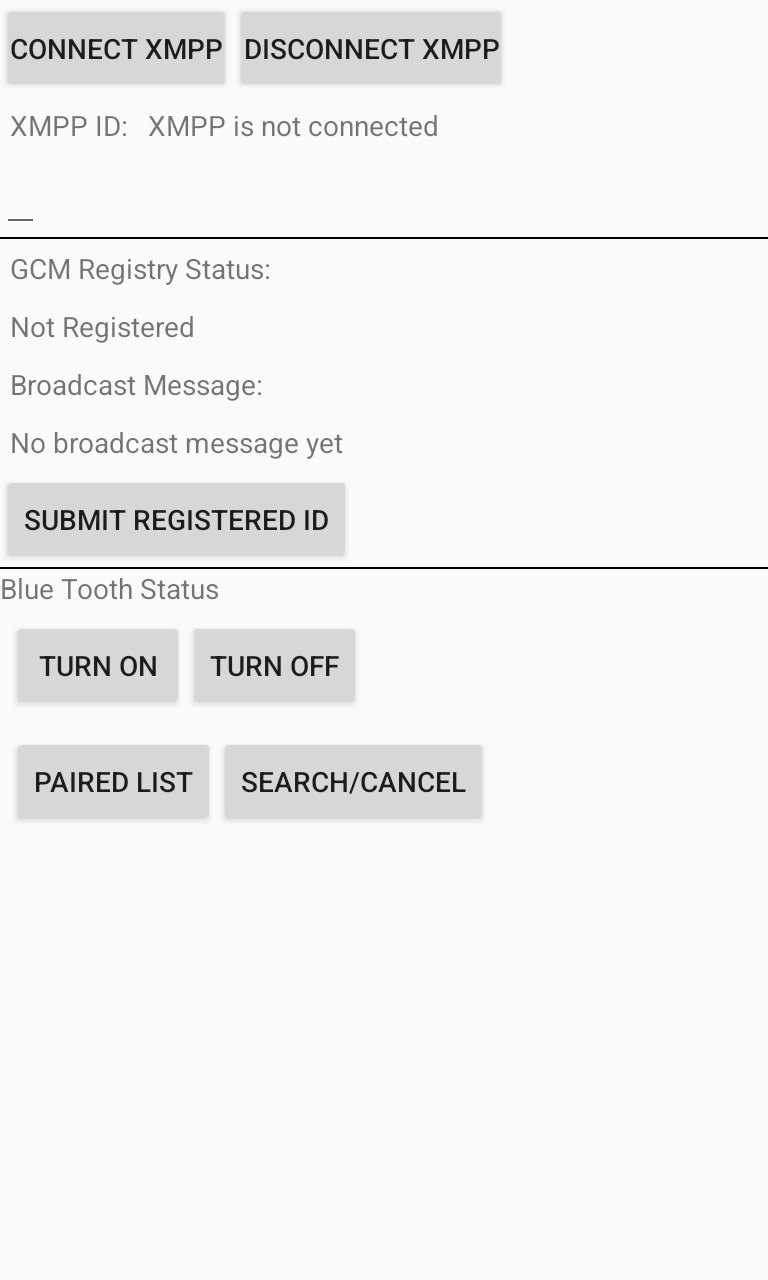
Repository: AlanTai/prjAppIntegration
Layout: prjCandyHouse/res/layout/activity_main.xml
An editor plug-in stored every save of this project. The layout is shown before and after the next save, followed by the edit.
It is drawn on a 768 x 1280 px phone screen (xhdpi) without system bars, with theme AppTheme; the app's code is not run. Lists and similar views that code fills are empty.

Above is the layout before, as saved 2014-11-12 04:37:37.

### prjCandyHouse/res/layout/activity_main.xml
<LinearLayout xmlns:android="http://schemas.android.com/apk/res/android"
    xmlns:tools="http://schemas.android.com/tools"
    android:layout_width="match_parent"
    android:layout_height="match_parent"
    android:orientation="vertical" >

    <LinearLayout
        android:layout_width="wrap_content"
        android:layout_height="wrap_content"
        android:orientation="horizontal" >

        <Button
            android:id="@+id/btnConnectXMPP"
            android:layout_width="wrap_content"
            android:layout_height="wrap_content"
            android:padding="5dp"
            android:text="@string/btnConnectXMPP" />

        <Button
            android:id="@+id/btnDisconnectXMPP"
            android:layout_width="wrap_content"
            android:layout_height="wrap_content"
            android:padding="5dp"
            android:text="@string/btnDisconnectXMPP" />
    </LinearLayout>

    <LinearLayout
        android:layout_width="wrap_content"
        android:layout_height="wrap_content"
        android:orientation="horizontal" >

        <TextView
            android:layout_width="wrap_content"
            android:layout_height="wrap_content"
            android:padding="5dp"
            android:text="@string/txtXMPPIDTitle"/>

        <TextView
            android:id="@+id/txtXMPPID"
            android:layout_width="wrap_content"
            android:layout_height="wrap_content"
            android:padding="5dp"
            android:text="@string/txtXMPPID" />
    </LinearLayout>

    <LinearLayout
        android:layout_width="wrap_content"
        android:layout_height="wrap_content"
        android:orientation="vertical">

        <EditText
            android:id="@+id/editTxtMsg"
            android:layout_width="match_parent"
            android:layout_height="fill_parent"
            android:inputType="text"/>

    </LinearLayout>

    <TextView
        android:layout_width="match_parent"
        android:layout_height="1dp"
        android:background="#000"
        android:padding="2dp" />

    <TextView
        android:id="@+id/tvRegStatus"
        android:layout_width="match_parent"
        android:layout_height="wrap_content"
        android:padding="5dp"
        android:text="@string/registryStatus" />

    <TextView
        android:id="@+id/tvRegStatusResult"
        android:layout_width="match_parent"
        android:layout_height="wrap_content"
        android:padding="5dp"
        android:text="@string/registryStatusResult" />

    <TextView
        android:id="@+id/tvMessageLabel"
        android:layout_width="match_parent"
        android:layout_height="wrap_content"
        android:padding="5dp"
        android:text="@string/broadcastLabel" />

    <TextView
        android:id="@+id/tvMessage"
        android:layout_width="match_parent"
        android:layout_height="wrap_content"
        android:padding="5dp"
        android:text="@string/broadcastResult" />

    <Button
        android:id="@+id/btnSubmitRegId"
        android:layout_width="wrap_content"
        android:layout_height="wrap_content"
        android:text="@string/btnSubmitRegId" />

    <TextView
        android:layout_width="match_parent"
        android:layout_height="1dp"
        android:background="#000"
        android:padding="2dp" />

    <TextView
        android:id="@+id/txtBluetoothStatus"
        android:layout_width="wrap_content"
        android:layout_height="wrap_content"
        android:text="@string/txtBluetoothStatus" />

    <LinearLayout
        android:layout_width="match_parent"
        android:layout_height="wrap_content"
        android:orientation="horizontal"
        android:padding="5dp" >

        <Button
            android:id="@+id/btnTurnOn"
            android:layout_width="wrap_content"
            android:layout_height="wrap_content"
            android:text="@string/btnTurnOn" />

        <Button
            android:id="@+id/btnTurnOff"
            android:layout_width="wrap_content"
            android:layout_height="wrap_content"
            android:text="@string/btnTurnOff" />
    </LinearLayout>

    <LinearLayout
        android:layout_width="match_parent"
        android:layout_height="wrap_content"
        android:orientation="horizontal"
        android:padding="5dp" >

        <Button
            android:id="@+id/btnPaired"
            android:layout_width="wrap_content"
            android:layout_height="wrap_content"
            android:text="@string/pairedList" />

        <Button
            android:id="@+id/btnSearchCancel"
            android:layout_width="wrap_content"
            android:layout_height="wrap_content"
            android:text="@string/findDevices" />
    </LinearLayout>

    <ListView
        android:id="@+id/listView"
        android:layout_width="fill_parent"
        android:layout_height="wrap_content" >
    </ListView>

</LinearLayout>

### prjCandyHouse/res/values/strings.xml
<?xml version="1.0" encoding="utf-8"?>
<resources>

    <string name="app_name">appCandyHouse</string>
    <string name="hello_world">Hello world!</string>
    <string name="action_settings">Settings</string>

    <string name="btnConnectXMPP">Connect XMPP</string>
    <string name="btnDisconnectXMPP">Disconnect XMPP</string>
    <string name="txtXMPPIDTitle">XMPP ID:</string>
    <string name="txtXMPPID">XMPP is not connected</string>
    <string name="btnSubmitMsg">Submit Message</string>

    <string name="registryStatus">GCM Registry Status:</string>
    <string name="registryStatusResult">Not Registered</string>
    <string name="broadcastLabel">Broadcast Message:</string>
    <string name="broadcastResult">No broadcast message yet</string>
    <string name="btnSubmitRegId">Submit Registered ID</string>

    <string name="txtBluetoothStatus">Blue Tooth Status</string>
    <string name="btnTurnOn">Turn On</string>
    <string name="btnTurnOff">Turn Off</string>
    <string name="pairedList">Paired List</string>
    <string name="findDevices">Search/Cancel</string>

</resources>

Loaded but not shown: prjCandyHouse/res/values/styles.xml (common file); prjCandyHouse/res/values-v11/styles.xml (common file); prjCandyHouse/res/values-v14/styles.xml (common file)

After the next save:
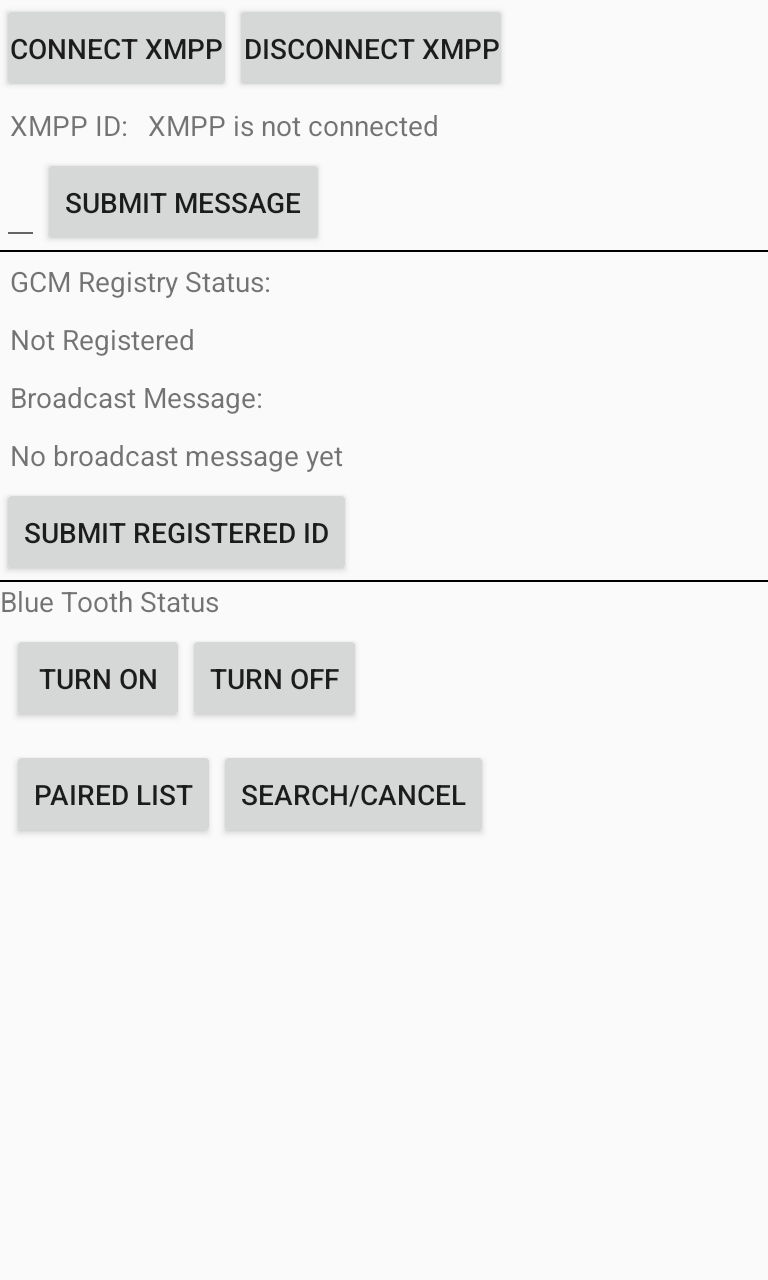
Saved 7 s later.
--- a/prjCandyHouse/res/layout/activity_main.xml
+++ b/prjCandyHouse/res/layout/activity_main.xml
@@ -46,13 +46,19 @@
     <LinearLayout
         android:layout_width="wrap_content"
         android:layout_height="wrap_content"
-        android:orientation="vertical">
+        android:orientation="horizontal">
 
         <EditText
             android:id="@+id/editTxtMsg"
             android:layout_width="match_parent"
             android:layout_height="fill_parent"
             android:inputType="text"/>
+
+        <Button
+            android:id="@+id/btnSubmitMsgXMPP"
+            android:layout_width="wrap_content"
+            android:layout_height="wrap_content"
+            android:text="@string/btnSubmitMsg"/>
 
     </LinearLayout>
 
